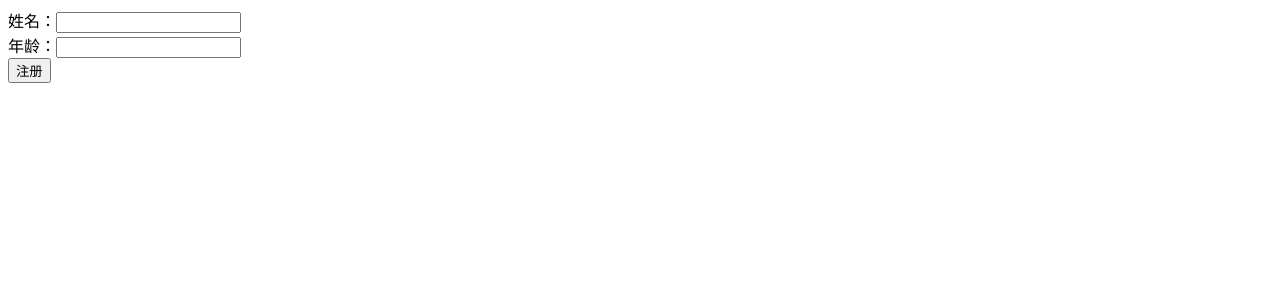
Repository: xianzhixianzhixian/SpringMVC
Page: http://localhost/24-receiveParameters-ObjectProperty/
The author's editor kept a copy of each file at every save. The page is drawn from the files as they stood at one save, then again after the next save.
The browser window is 1280 px wide. The pictures show the whole page.
The page is served by Tomcat 9.

Above is the page before, as saved 2017-09-21 06:31:47.

After the next save:
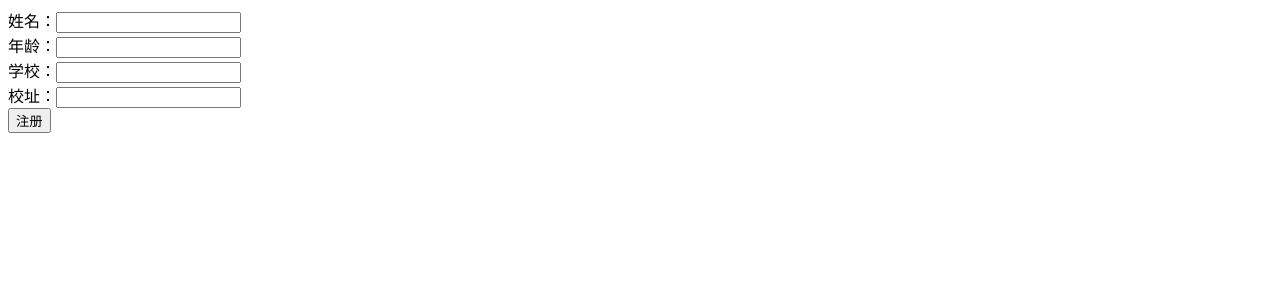
Saved 62 s later.
--- a/24-receiveParameters-ObjectProperty/WebContent/index.jsp
+++ b/24-receiveParameters-ObjectProperty/WebContent/index.jsp
@@ -11,6 +11,8 @@
 		<form action="${pageContext.request.contextPath}/test/register.do" method="POST">
 			姓名：<input type="text" name="name"/><br>
 			年龄：<input type="age" name="age"/><br>
+			学校：<input type="text" name="sname"/><br>
+			校址：<input type="age" name="saddress"/><br>
 			<input type="submit" value="注册"/>
 		</form>
 	</body>
